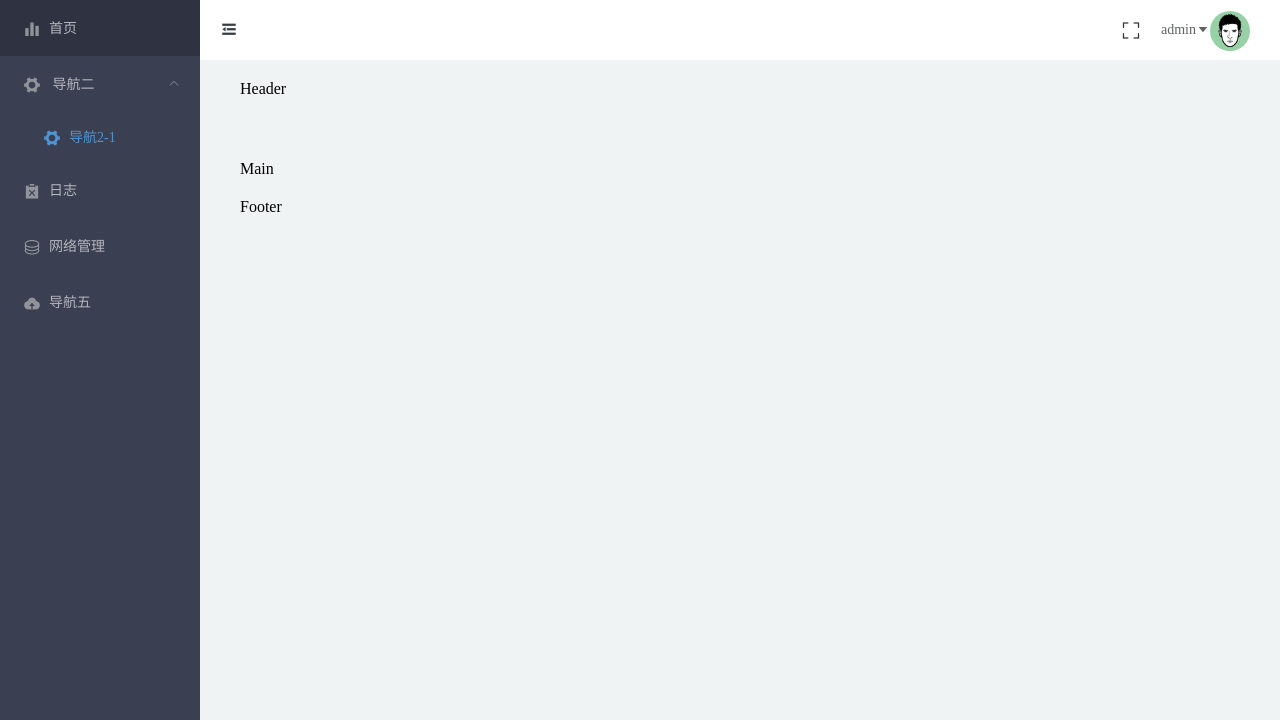
Repository: TomGodb/dazoo-admin
Page: /#/dashbord/aaa
An editor plug-in stored every save of this project. The page is shown before and after the next save, followed by the edit.
The browser window is 1280 px wide. The pictures show the whole page.
The project was rebuilt for these pictures with package versions that can differ from the ones it lists, and the page was loaded fresh each time. Also part of the build but not shown: vue.config.js, src/components/SlideVerify/index.vue, src/utils/request.js, src/views/login/http.js, src/views/login/index.vue.

Above is the page before, as saved 2021-01-23 10:31:57.

After the next save:
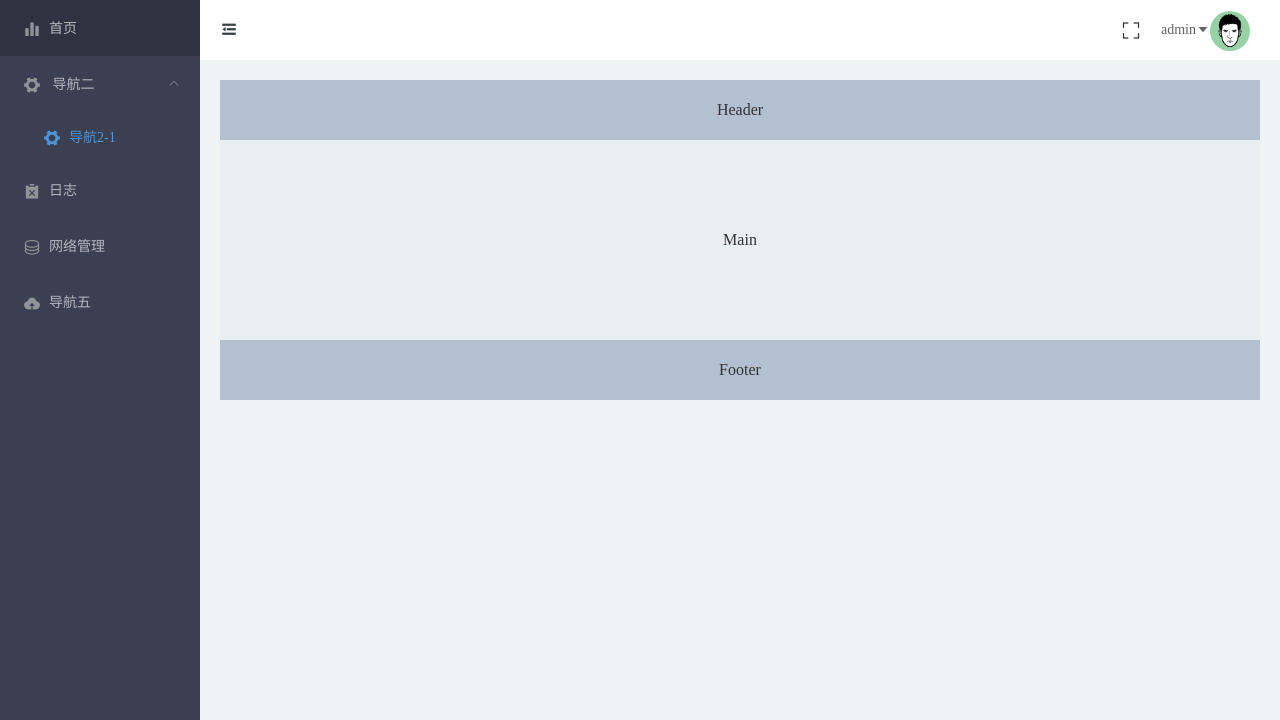
Saved 7 s later.
--- a/src/views/aaa/index.vue
+++ b/src/views/aaa/index.vue
@@ -17,5 +17,37 @@ export default {
 }
 </script>
 <style lang="less" scoped>
+ .el-header, .el-footer {
+    background-color: #B3C0D1;
+    color: #333;
+    text-align: center;
+    line-height: 60px;
+  }
 
+  .el-aside {
+    background-color: #D3DCE6;
+    color: #333;
+    text-align: center;
+    line-height: 200px;
+  }
+
+  .el-main {
+    background-color: #E9EEF3;
+    color: #333;
+    text-align: center;
+    line-height: 160px;
+  }
+
+  body > .el-container {
+    margin-bottom: 40px;
+  }
+
+  .el-container:nth-child(5) .el-aside,
+  .el-container:nth-child(6) .el-aside {
+    line-height: 260px;
+  }
+
+  .el-container:nth-child(7) .el-aside {
+    line-height: 320px;
+  }
 </style>
